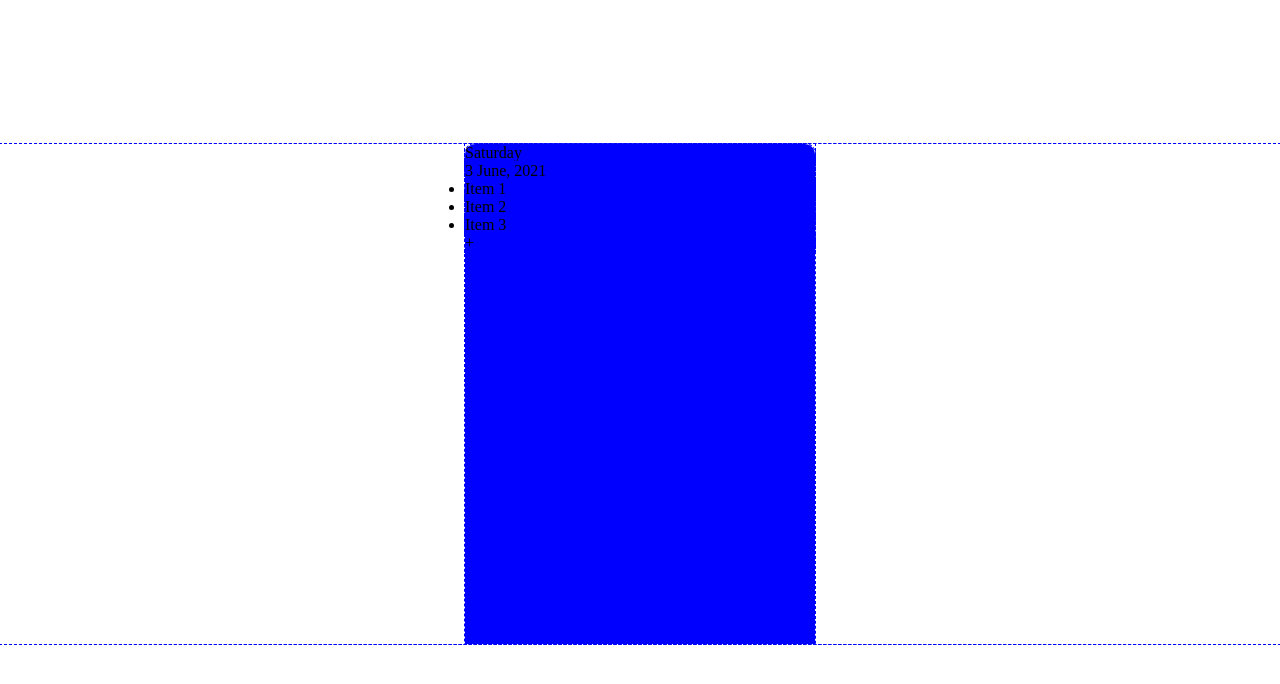
Repository: Colo-Codes/mini-projects
Page: todo-app/index.html
An editor plug-in stored every save of this project. The page is shown before and after the next save, followed by the edit.
The browser window is 1280 px wide. The pictures show the whole page.

Above is the page before, as saved 2021-07-04 11:00:24.

### todo-app/index.html
<!DOCTYPE html>
<html lang="en">
    <head>
        <meta charset="UTF-8" />
        <meta http-equiv="X-UA-Compatible" content="IE=edge" />
        <meta name="viewport" content="width=device-width, initial-scale=1.0" />
        <link rel="stylesheet" href="./css/index.css" />
        <title>Mini-Project - ToDo app</title>
    </head>
    <body>
        <div class="changing-background">
            <main class="todo">
                <section id="todo--header">
                    <header>Saturday</header>
                    <p>3 June, 2021</p>
                </section>
                <section id="todo--tasks-list">
                    <ul>
                        <li class="todo--tasks-list--item">Item 1</li>
                        <li class="todo--tasks-list--item">Item 2</li>
                        <li class="todo--tasks-list--item">Item 3</li>
                    </ul>
                </section>
                <section id="todo--footer">
                    <p>+</p>
                </section>
            </main>
        </div>
    </body>
</html>

### todo-app/css/index.css
/* Initial reset */

html {
    box-sizing: border-box;
    font-size: 16px;
}

*,
*:before,
*:after {
    box-sizing: inherit;
    margin: 0;
    padding: 0;
    outline: 1px dashed blue; /* Debugging purposes */
}

.todo {
    margin: auto;
    margin-top: 20vh;
    width: 350px;
    height: 500px;
    background-color: blue;
    border-radius: 10px 10px 0 0;
}

After the next save:
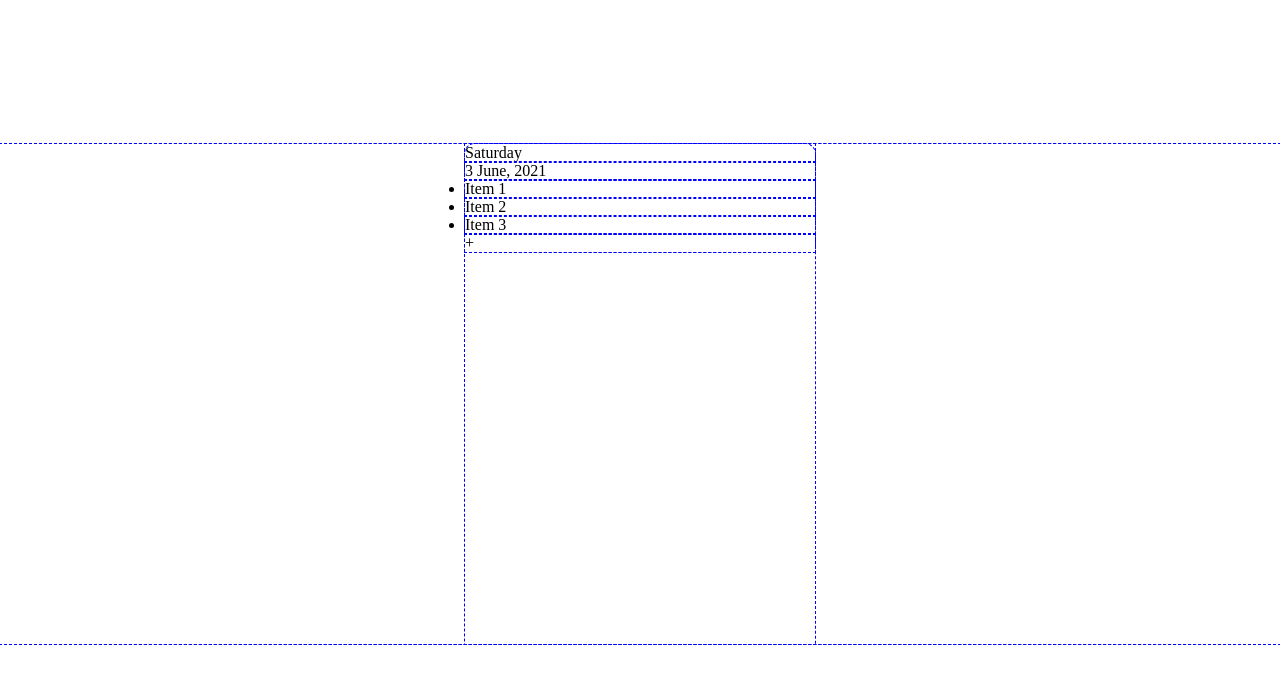
Saved 39 s later.
--- a/todo-app/css/index.css
+++ b/todo-app/css/index.css
@@ -19,6 +19,6 @@ html {
     margin-top: 20vh;
     width: 350px;
     height: 500px;
-    background-color: blue;
+    background-color: white;
     border-radius: 10px 10px 0 0;
 }
